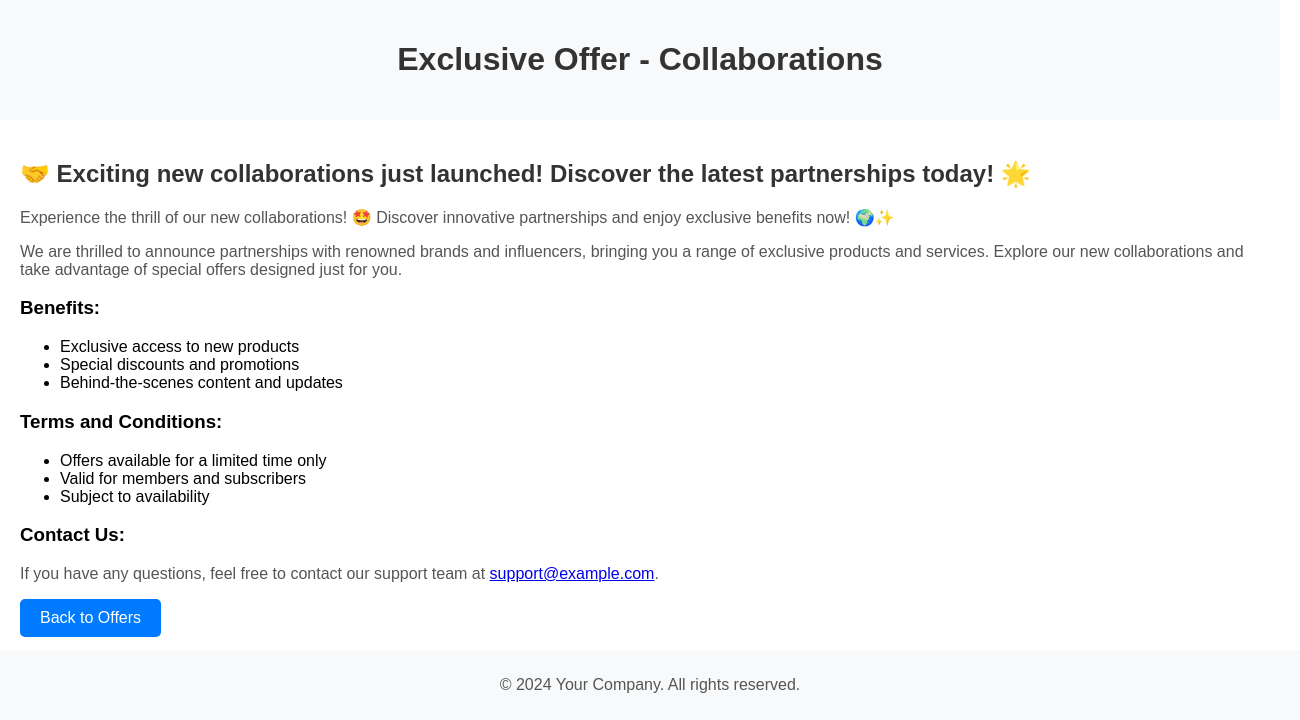
Repository: vrkaran/test
Page: Html-files/offers2.html
The author's editor kept a copy of each file at every save. The page is drawn from the files as they stood at one save, then again after the next save.
The browser window is 1280 px wide. The page is 1300 px wide, so the pictures cover 1300 px, including what lies to the right of the window. The pictures show the whole page.

Above is the page before, as saved 2024-07-27 21:57:01.

### Html-files/offers2.html
<!DOCTYPE html>
<html lang="en">

<head>
    <meta charset="UTF-8">
    <meta name="viewport" content="width=device-width, initial-scale=1.0">
    <title>Offer Details - Collaborations</title>
    <style>
        body {
            font-family: Arial, sans-serif;
            margin: 0;
            padding: 0;
        }

        header {
            background-color: #f8f9fa;
            padding: 20px;
            text-align: center;
        }

        .container {
            padding: 20px;
        }

        h1,
        h2 {
            color: #333;
        }

        p {
            color: #555;
        }

        .main-btn {
            display: inline-block;
            padding: 10px 20px;
            background-color: #007bff;
            color: white;
            text-decoration: none;
            border-radius: 5px;
            transition: background-color 0.3s, transform 0.3s;
        }

        .main-btn:hover {
            background-color: #0056b3;
            transform: scale(1.05);
        }

        footer {
            background-color: #f8f9fa;
            padding: 10px;
            text-align: center;
            position: absolute;
            width: 100%;
            bottom: 0;
        }

        @media (max-width: 768px) {
            .container {
                padding: 10px;
            }
            h2,
            p,
            ul {
                font-size: 16px;
            }
        }
    </style>
</head>

<body>
    <header>
        <h1>Exclusive Offer - Collaborations</h1>
    </header>
    <section>
        <div class="container">
            <h2>🤝 Exciting new collaborations just launched! Discover the latest partnerships today! 🌟</h2>
            <p>Experience the thrill of our new collaborations! 🤩 Discover innovative partnerships and enjoy exclusive benefits now! 🌍✨</p>
            <p>We are thrilled to announce partnerships with renowned brands and influencers, bringing you a range of exclusive products and services. Explore our new collaborations and take advantage of special offers designed just for you.</p>
            <h3>Benefits:</h3>
            <ul>
                <li>Exclusive access to new products</li>
                <li>Special discounts and promotions</li>
                <li>Behind-the-scenes content and updates</li>
            </ul>
            <h3>Terms and Conditions:</h3>
            <ul>
                <li>Offers available for a limited time only</li>
                <li>Valid for members and subscribers</li>
                <li>Subject to availability</li>
            </ul>
            <h3>Contact Us:</h3>
            <p>If you have any questions, feel free to contact our support team at <a href="mailto:support@example.com">support@example.com</a>.</p>
            <a href="index.html" class="main-btn">Back to Offers</a>
        </div>
    </section>
    <footer>
        <p>&copy; 2024 Your Company. All rights reserved.</p>
    </footer>
</body>

</html>

After the next save:
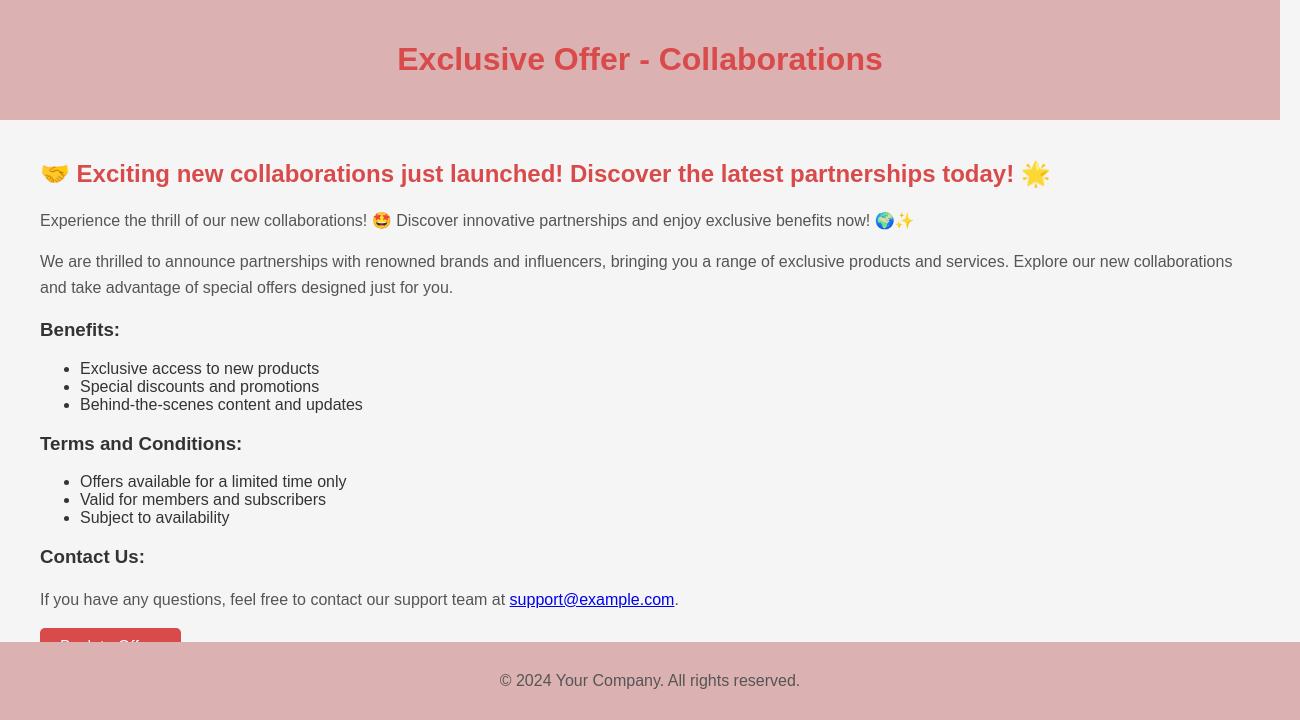
Saved 78 s later.
--- a/Html-files/offers2.html
+++ b/Html-files/offers2.html
@@ -1,4 +1,5 @@
 <!DOCTYPE html>
+
 <html lang="en">
 
 <head>
@@ -10,31 +11,42 @@
             font-family: Arial, sans-serif;
             margin: 0;
             padding: 0;
+            background-color: #f5f5f5;
+            /* Light background color */
+            color: #333;
+            /* Default text color */
         }
 
         header {
-            background-color: #f8f9fa;
+            background-color: #dcb1b1;
+            /* Dark pastel red */
             padding: 20px;
             text-align: center;
+            color: white;
         }
 
         .container {
             padding: 20px;
+            max-width: 1200px;
+            margin: auto;
         }
 
         h1,
         h2 {
-            color: #333;
+            color: #d94a4a;
+            /* Darker shade of pastel red */
         }
 
         p {
             color: #555;
+            line-height: 1.6;
         }
 
         .main-btn {
             display: inline-block;
             padding: 10px 20px;
-            background-color: #007bff;
+            background-color: #d94a4a;
+            /* Darker pastel red */
             color: white;
             text-decoration: none;
             border-radius: 5px;
@@ -42,14 +54,17 @@
         }
 
         .main-btn:hover {
-            background-color: #0056b3;
+            background-color: #a73c3c;
+            /* Even darker shade of pastel red */
             transform: scale(1.05);
         }
 
         footer {
-            background-color: #f8f9fa;
+            background-color: #dcb1b1;
+            /* Dark pastel red */
             padding: 10px;
             text-align: center;
+            color: white;
             position: absolute;
             width: 100%;
             bottom: 0;
